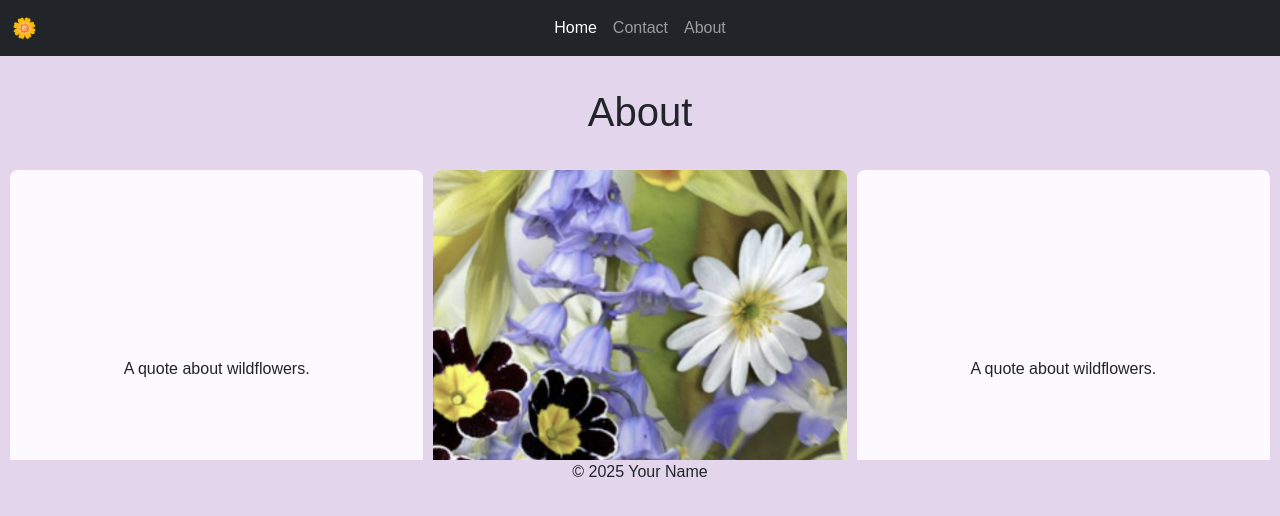
Repository: Brittany-Westlund/WebDesign
Page: FinalProject/about.html
These files come from the project's save history. The page is drawn as it stood at one moment and after the next save; the edit follows.
The browser window is 1280 px wide. The pictures show the whole page.

Above is the page before, as saved 2025-06-16 20:54:45.

After the next save:
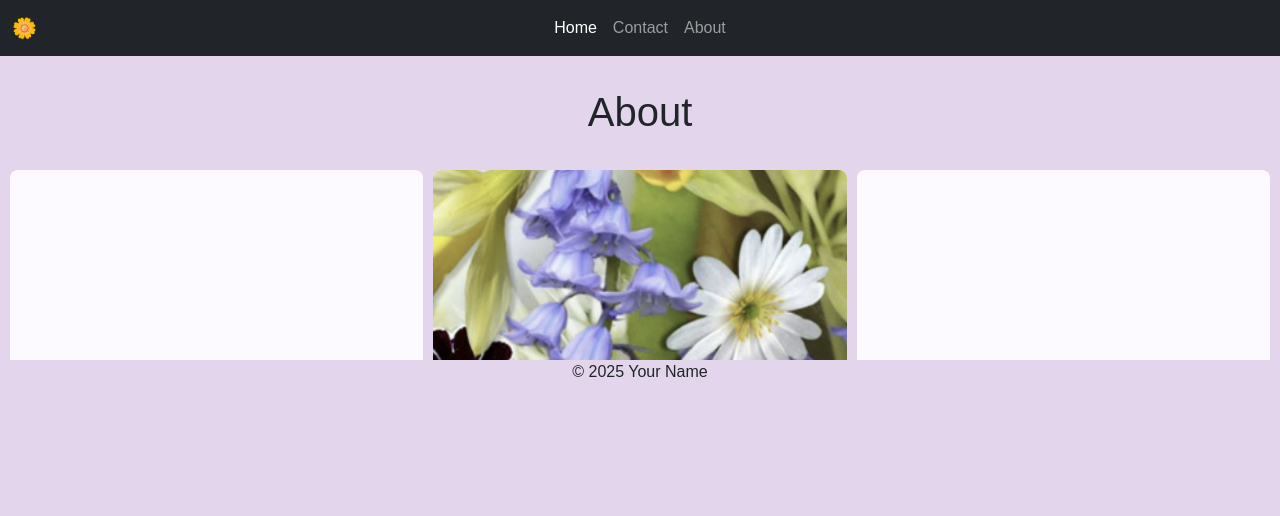
Saved 15 s later.
--- a/FinalProject/style/style.css
+++ b/FinalProject/style/style.css
@@ -41,7 +41,7 @@ header {
   gap: 10px;
   margin: auto;
   padding: 10px;
-   max-height: 300px; /* adjust as needed */
+   max-height: 200px; /* adjust as needed */
   overflow-y: auto;  /* allows scroll */
 }
 
